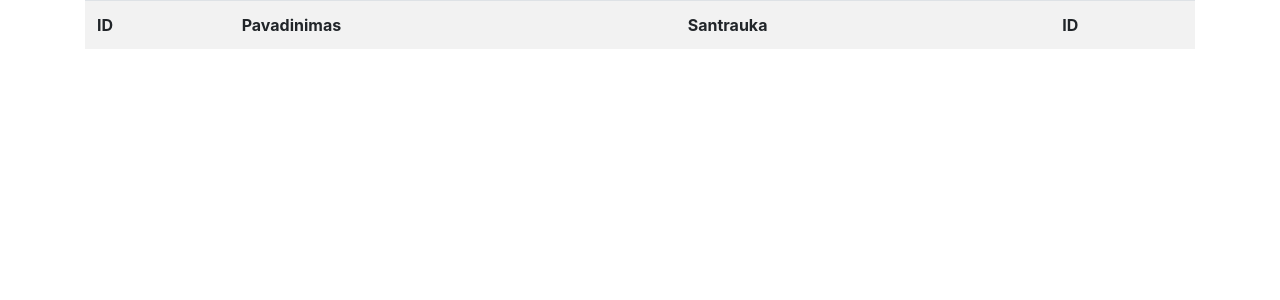
Repository: motiejus1/17-paskaita-PHP-05.31
Page: http://localhost/
The author's editor kept a copy of each file at every save. The page is drawn from the files as they stood at one save, then again after a run of saves.
The browser window is 1280 px wide. The pictures show the whole page.
Some web libraries are served in a nearby version. The page is run by PHP 8.4 with error messages shown; the project is at /var/www/html/. Queries for data that is not in the repository find no rows.

Above is the page before, as saved 2021-09-16 18:50:04.

### index.php
<?php
    require_once("connection.php");
?>

<!DOCTYPE html>
<html lang="lt">
<head>
    <meta charset="UTF-8">
    <meta http-equiv="X-UA-Compatible" content="IE=edge">
    <meta name="viewport" content="width=device-width, initial-scale=1.0">
    <title>17 paskaita</title>
    <?php require_once("includes.php"); ?>
</head>
<body>
    <div class="container">
        <table class="table table-striped">

            <tr>
                <th>ID</th>
                <th>Pavadinimas</th>
                <th>Santrauka</th>
                <th>ID</th>
            </tr>

            <?php

            $sql = "SELECT knygos.ID, knygos.pavadinimas, knygos.santrauka, autoriai.vardas, autoriai.pavarde FROM `knygos`
            LEFT JOIN autoriai ON knygos.autoriai_id = autoriai.ID
            WHERE 1";

            $result = $conn->query($sql);

            while($books = mysqli_fetch_array($result)) {
                echo "<tr>";
                   echo "<td>". $books["ID"]."</td>";
                   echo "<td>". $books["pavadinimas"]."</td>";
                   echo "<td>". $books["santrauka"]."</td>";
                   echo "<td>". $books["vardas"]."</td>";
                   echo "<td>". $books["pavarde"]."</td>";
                echo "</tr>";
            }

            ?>
        </table>
    </div>
    <?php
    //ajax - tai yra irankis, kuris mums be perkrovimo leidzia kreiptis i duomenu

    //1. nauja duomenu baze, knygos ir autoriai
    //2. knygos
        // ID - unikalus numeris
        // Pavadinimas -
        // Santrauka -
        //autoriai_id -
    //3. autoriai
        // ID
        // Varda
        // Pavarde
        // Slapyvardis
    //4. left join

    //5. Pameginsime atvaizduoti lenteleje

    //6. Rikiavimas pagal stulpelius. AJAX principu.



    ?>

    <script src="script.js"></script>
</body>
</html>

### connection.php
<?php

$database_server = 'localhost';
$database_username = 'root';
$database_password = '';
$database_name = 'knyguvaldymosistema';

// Create connection using mysqli_connect()
$conn = mysqli_connect($database_server, $database_username, $database_password, $database_name);

// If $conn is false, connection is failed
if (!$conn ) {
  die("Failed to connect to MySQL: " . mysqli_connect_error());
}

mysqli_set_charset($conn,"utf8");
// else {
    // echo "Prisijungimas ivyko sekmingai";
// }

?>

### includes.php
<?php

echo '
<link rel="stylesheet" href="https://maxcdn.bootstrapcdn.com/bootstrap/4.0.0/css/bootstrap.min.css" integrity="sha384-Gn5384xqQ1aoWXA+058RXPxPg6fy4IWvTNh0E263XmFcJlSAwiGgFAW/dAiS6JXm" crossorigin="anonymous">
<script src="https://code.jquery.com/jquery-3.2.1.min.js"></script>
<script src="https://cdnjs.cloudflare.com/ajax/libs/popper.js/1.12.9/umd/popper.min.js" integrity="sha384-ApNbgh9B+Y1QKtv3Rn7W3mgPxhU9K/ScQsAP7hUibX39j7fakFPskvXusvfa0b4Q" crossorigin="anonymous"></script>
<script src="https://maxcdn.bootstrapcdn.com/bootstrap/4.0.0/js/bootstrap.min.js" integrity="sha384-JZR6Spejh4U02d8jOt6vLEHfe/JQGiRRSQQxSfFWpi1MquVdAyjUar5+76PVCmYl" crossorigin="anonymous"></script>
';
?>

Loaded but not shown: script.js (no copy from this time; the picture is the same without it)

After the next 2 saves:
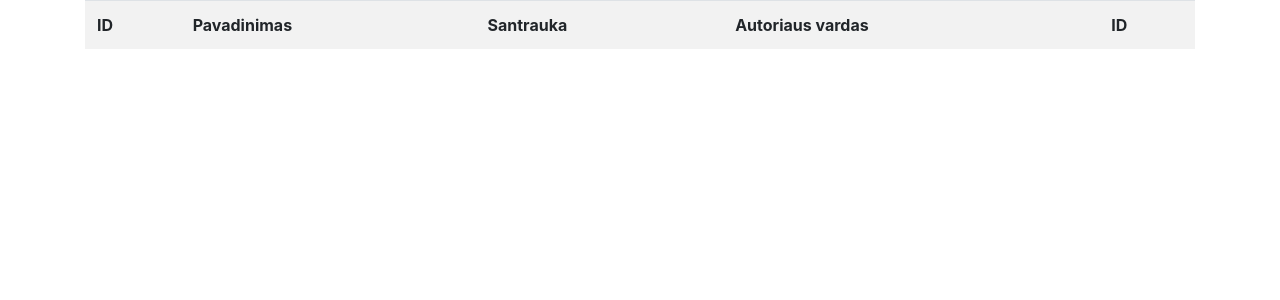
The 2 saves are shown as one change because they came seconds apart.
The last was saved 7 s later.
--- a/index.php
+++ b/index.php
@@ -19,6 +19,7 @@
                 <th>ID</th>
                 <th>Pavadinimas</th>
                 <th>Santrauka</th>
+                <th>Autoriaus vardas</th>
                 <th>ID</th>
             </tr>
 
